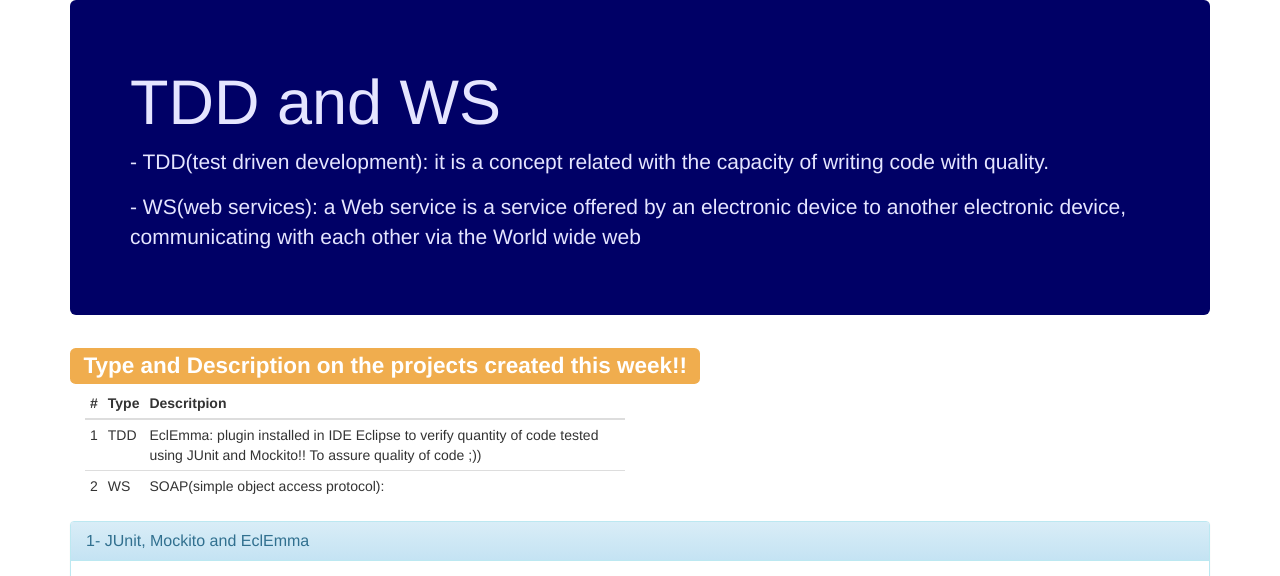
Repository: atafs/Deploy_GoogleAppEngine_webAPPS
Page: Project_001_Deploy_americotomasLIB/war/index.html
These files come from the project's save history. The page is drawn as it stood at one moment and after the next save; the edit follows.
The browser window is 1280 px wide. The pictures show the part of the page from y = 0 to 576 px (the page is 1353 px tall before and 1373 px after).
Pictures or frames that could not be fetched are drawn as grey boxes.

Above is the page before, as saved 2016-01-28 11:20:15.
Console error (its wording comes from the project's code and is left out).

After the next save:
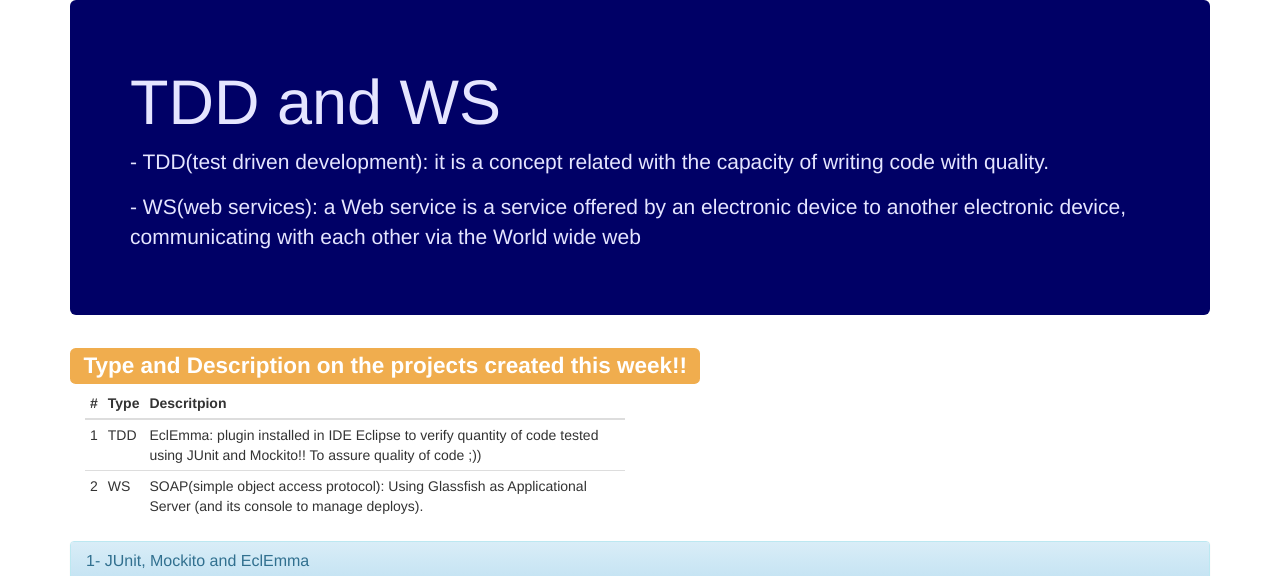
Saved 26 s later.
--- a/Project_001_Deploy_americotomasLIB/war/index.html
+++ b/Project_001_Deploy_americotomasLIB/war/index.html
@@ -43,7 +43,7 @@
 					<tr>
 						<td>2</td>
 						<td>WS</td>
-						<td>SOAP(simple object access protocol): </td>
+						<td>SOAP(simple object access protocol): Using Glassfish as Applicational Server (and its console to manage deploys). </td>
 					</tr>
 				</tbody>
 			</table>
